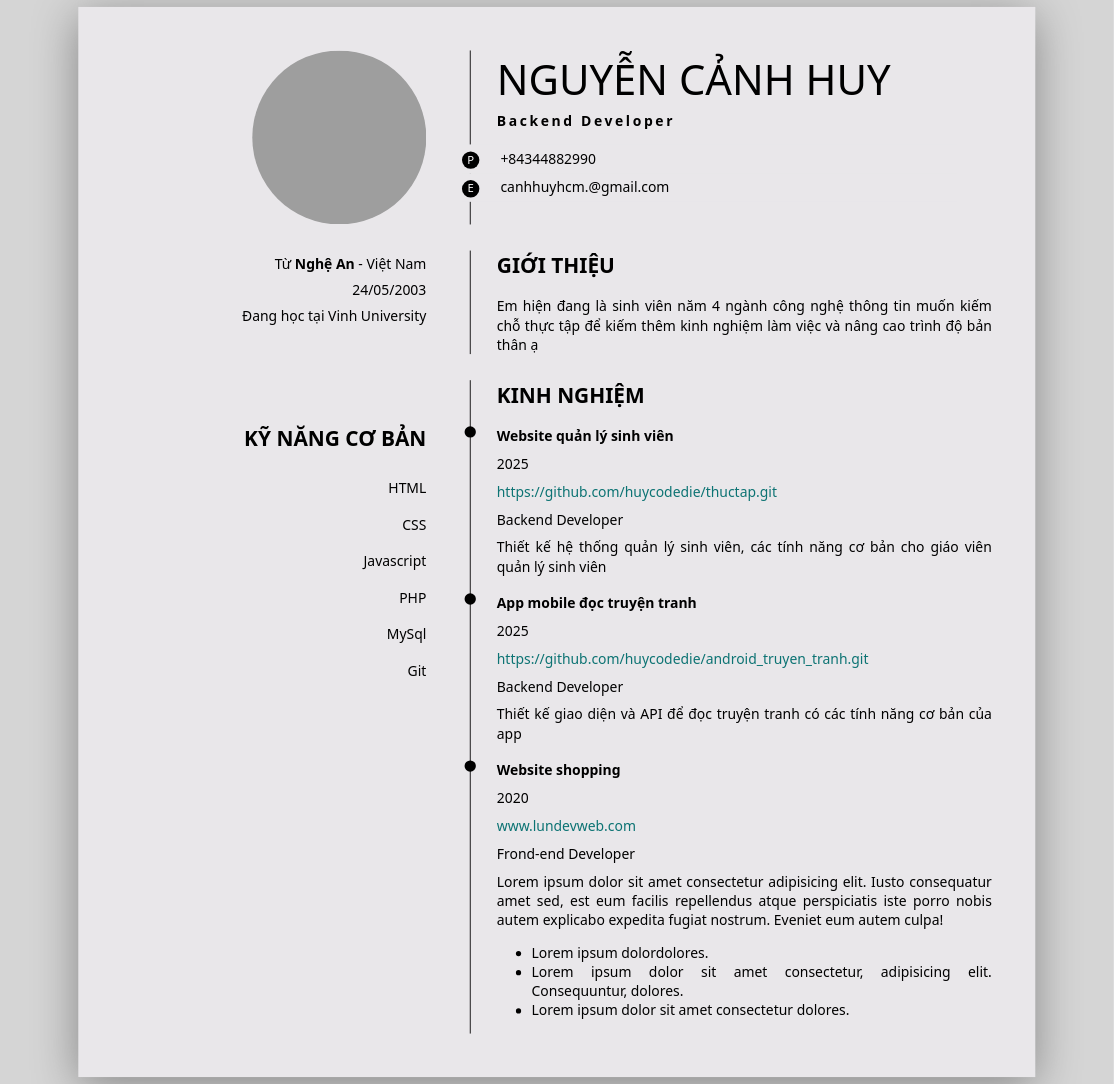
Repository: huycodedie/cv-intern
Page: index.html
These files come from the project's save history. The page is drawn as it stood at one moment and after the next save; the edit follows.
The browser window is 1280 px wide. The pictures show the whole page, at 87% of full size.
Pictures or frames that could not be fetched are drawn as grey boxes.

Above is the page before, as saved 2025-07-05 23:40:42.

### index.html

    <!DOCTYPE html>
    <html lang="en">
    <head>
        <meta charset="UTF-8">
        <meta http-equiv="X-UA-Compatible" content="IE=edge">
        <meta name="viewport" content="width=device-width, initial-scale=1.0">
        <title>Document</title>
        <link rel="stylesheet" href="style.css">
        <link rel="stylesheet" href="https://cdnjs.cloudflare.com/ajax/libs/font-awesome/6.2.1/css/all.min.css">
    </head>
    <body>
        <div class="container">
           <div class="avatar">
            <img src="https://i.pinimg.com/564x/eb/57/6f/eb576ff023487bcb1fa3ad61ee7b23ee.jpg" alt="">
           </div>
           <div class="name">
                <h1>NGUYỄN CẢNH HUY</h1>
                <div class="specialize"> Backend Developer</div>
                <ul class="contact">
                    <li>
                        <span>P</span> +84344882990
                    </li>
                    <li>
                        <span>E</span> canhhuyhcm.@gmail.com
                    </li>
                </ul>
           </div>
           <div class="info">
                <ul>
                    <li>Từ <b>Nghệ An</b> - Việt Nam</li>
                    <li>24/05/2003</li>
                    <li>Đang học tại Vinh University</li>
                </ul>
           </div>
           <div class="intro">
            <h2>GIỚI THIỆU</h2>
            Em hiện đang là sinh viên năm 4 ngành công nghệ thông tin muốn kiếm chỗ thực tập để kiếm thêm kinh nghiệm làm việc và nâng cao trình độ bản thân ạ
           </div>
           <div class="experience">
                <h2 class="skills">
                    KỸ NĂNG CƠ BẢN
                </h2>
                <ul>
                    <li>HTML</li>
                    <li>CSS</li>
                    <li>Javascript</li>
                    <li>PHP</li>
                    <li>MySql</li>
                    <li>Git</li>
                </ul>

           </div>
           <div class="project">
            <h2>KINH NGHIỆM</h2>
            <div class="item">
                <h4>Website quản lý sinh viên</h4>
                <div class="time">
                    2025
                </div>
                <div class="web">
                    https://github.com/huycodedie/thuctap.git
                </div>
                <div class="location">
                     Backend Developer
                </div>
                <div class="des">
                    Thiết kế hệ thống quản lý sinh viên, các tính năng cơ bản cho giáo viên quản lý sinh viên
                </div>
            </div>

            <div class="item">
                <h4>App mobile đọc truyện tranh</h4>
                <div class="time">
                    2025
                </div>
                <div class="web">
                    https://github.com/huycodedie/android_truyen_tranh.git
                </div>
                <div class="location">
                     Backend Developer
                </div>
                <div class="des">
                    Thiết kế giao diện và API để đọc truyện tranh có các tính năng cơ bản của app
                </div>
            </div>

            <div class="item">
                <h4>Website shopping</h4>
                <div class="time">
                    2020
                </div>
                <div class="web">
                    www.lundevweb.com
                </div>
                <div class="location">
                    Frond-end Developer
                </div>
                <div class="des">
                    Lorem ipsum dolor sit amet consectetur adipisicing elit. Iusto consequatur amet sed, est eum facilis repellendus
                    atque perspiciatis iste porro nobis autem explicabo expedita fugiat nostrum. Eveniet eum autem culpa!
                    <ul>
                        <li>Lorem ipsum dolordolores.</li>
                        <li>Lorem ipsum dolor sit amet consectetur, adipisicing elit. Consequuntur, dolores.</li>
                        <li>Lorem ipsum dolor sit amet consectetur dolores.</li>
                    </ul>
                </div>
            </div>
           </div>
        </div>

    </body>
    </html>

### style.css

    body{
        background-color: #D5D5D5;
        font-family: system-ui;
    }
    .container{
        background-color: #E9E7EA;
        width:1000px;
        max-width: 100%;
        margin:auto;
        padding:50px;
        box-shadow: 0 10px 50px #858585;
        display: grid;
       grid-template-columns: 35% 60%;
       column-gap: 5%;
       row-gap: 30px;
    }

    .avatar img{
        width:200px;
        height:200px;
        object-fit: cover;
        border-radius: 50%;
    }
    .avatar{
        display: flex;
        justify-content: end;
        align-items: center;
    }
    .name{
        padding-left: 30px;
        border-left:1px solid #000;
    }
    .name h1{
        font-weight: 300;
        font-size: xxx-large;
        margin:0px 0 5px ;
    }
    .name .specialize{
        margin:0;
        font-weight: bold;
        letter-spacing: 3px;
    }
    .name .contact{
        padding:0;
        list-style: none;
    }
    .name .contact span{
        display: inline-block;
        background-color: #000;
        width:20px;
        height:20px;
        color:#fff;
        text-align: center;
        border-radius: 50%;
        font-size: small;
        margin-right: 20px;
    }
    .name .contact li{
        padding:5px 0;
        transform: translate(-40px);
        background-color: #E9E7EA;
    }
    .info ul{
        padding: 0;
        margin: 0;
        list-style: none;
        text-align: right;
        line-height: 30px;
    }

    h2{
        padding:0;
        margin: 0 0 20px 0;
    }
    .intro{
        padding-left: 30px;
        border-left: 1px solid #000;
        text-align: justify;
    }
    .experience{
        text-align: right;
    }
    .experience h4{
        margin:20px 0 10px;
    }
    .skills{
        margin-top:  50px;
    }
    .experience ul{
        padding:0;
        margin: 0;
    list-style: none;
    }
    .experience li{
        padding:10px 0;
    }
    .project{
        padding-left: 30px;
        text-align: justify;
        border-left: 1px solid #000;
    }
    .project h4{
        margin:20px 0 10px;
    }
    .project .web{
        color: #0c7373;
        padding:10px 0;
    }
    .project .location{
        font-weight: 500;
        padding-bottom:10px;
    }
    .project .item{
        position: relative;
    }
    .project .item::before{
        position: absolute;
        width:13px;
        height: 13px;
        background-color: #000;
        content: '';
        border-radius: 50%;
        left: -37px;
    }

After the next save:
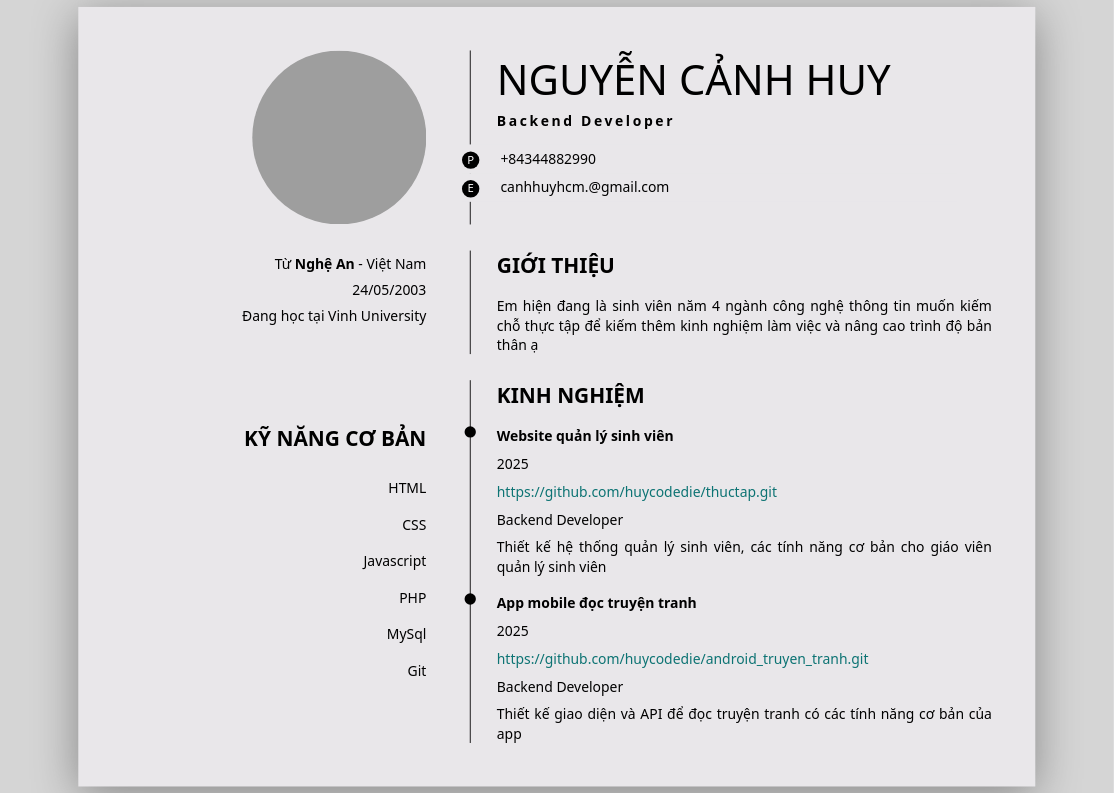
Saved 6 s later.
--- a/index.html
+++ b/index.html
@@ -85,26 +85,7 @@
                 </div>
             </div>
 
-            <div class="item">
-                <h4>Website shopping</h4>
-                <div class="time">
-                    2020
-                </div>
-                <div class="web">
-                    www.lundevweb.com
-                </div>
-                <div class="location">
-                    Frond-end Developer
-                </div>
-                <div class="des">
-                    Lorem ipsum dolor sit amet consectetur adipisicing elit. Iusto consequatur amet sed, est eum facilis repellendus
-                    atque perspiciatis iste porro nobis autem explicabo expedita fugiat nostrum. Eveniet eum autem culpa!
-                    <ul>
-                        <li>Lorem ipsum dolordolores.</li>
-                        <li>Lorem ipsum dolor sit amet consectetur, adipisicing elit. Consequuntur, dolores.</li>
-                        <li>Lorem ipsum dolor sit amet consectetur dolores.</li>
-                    </ul>
-                </div>
+
             </div>
            </div>
         </div>
